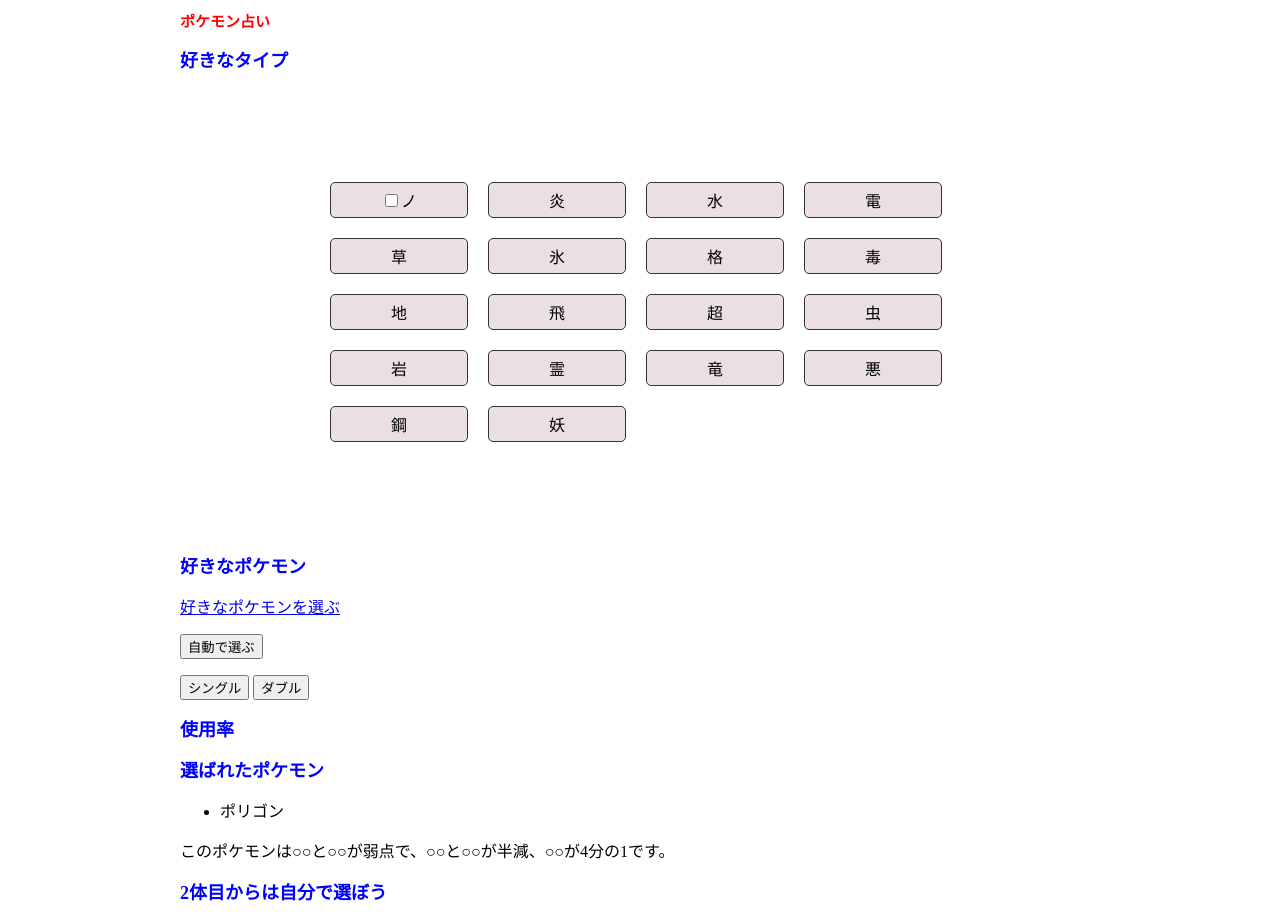
Repository: KustomApe/ksie
Page: index.html
These files come from the project's save history. The page is drawn as it stood at one moment and after the next save; the edit follows.
The browser window is 1280 px wide. The pictures show the whole page.

Above is the page before, as saved 2021-01-10 14:34:33.

After the next save:
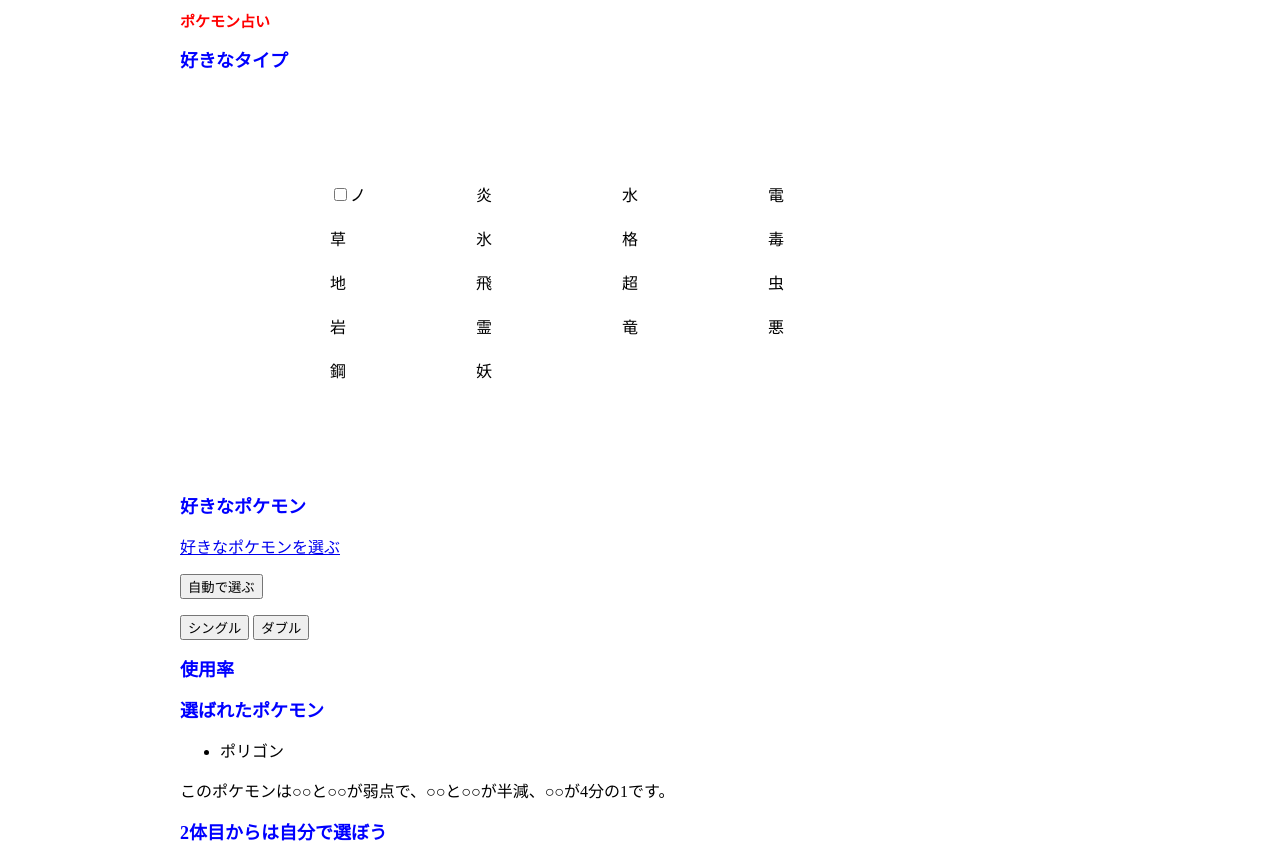
Saved 28 s later.
--- a/assets/css/style.css
+++ b/assets/css/style.css
@@ -31,6 +31,14 @@
     list-style: none;
     float: left;
     width: 126px;
+    /* border: solid 1px #333333;
+    border-radius: 5px;
+    padding: 5px;
+    background-color: #e9dfe5;
+    text-align: center; */
+}
+
+ul.taipu li input {
     border: solid 1px #333333;
     border-radius: 5px;
     padding: 5px;

After the save that followed:
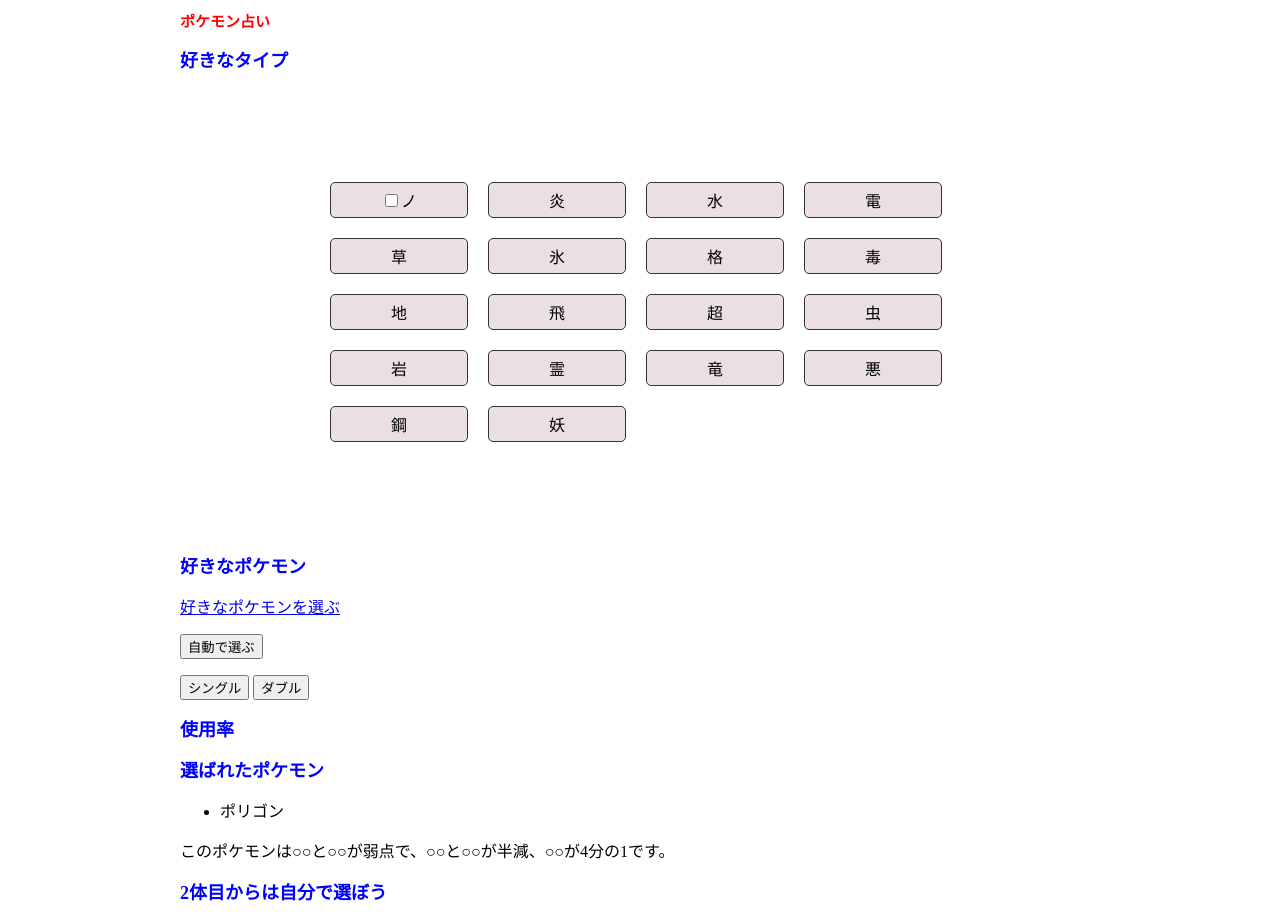
Saved 10 s later.
--- a/assets/css/style.css
+++ b/assets/css/style.css
@@ -31,14 +31,6 @@
     list-style: none;
     float: left;
     width: 126px;
-    /* border: solid 1px #333333;
-    border-radius: 5px;
-    padding: 5px;
-    background-color: #e9dfe5;
-    text-align: center; */
-}
-
-ul.taipu li input {
     border: solid 1px #333333;
     border-radius: 5px;
     padding: 5px;
@@ -46,6 +38,10 @@
     text-align: center;
 }
 
+ul.taipu li input {
+
+}
+
 .clearfix::after {
     content: "";
     display: block;
